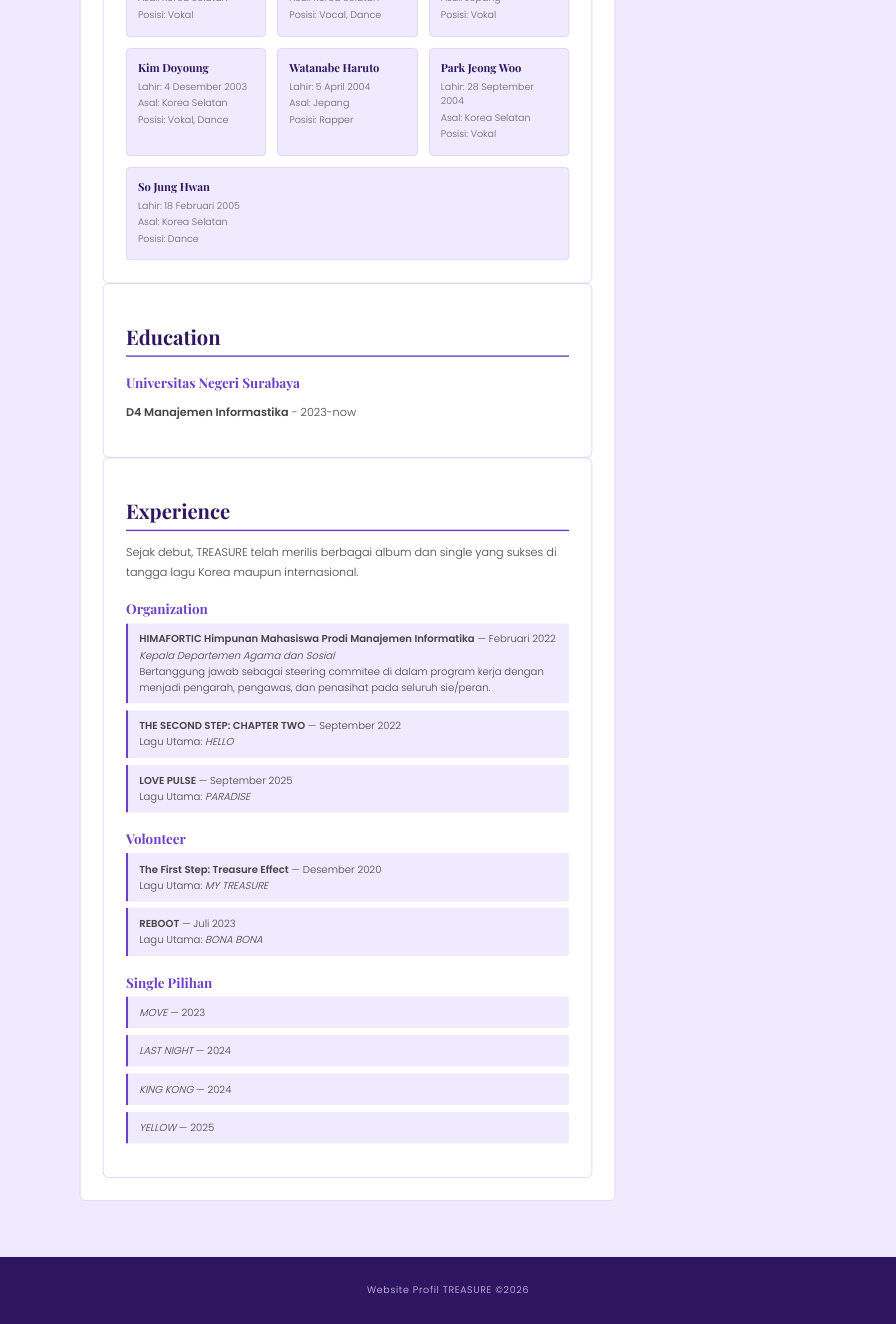
Repository: VergiMutiaRahmasyani/Website-Portofolio
Page: index.html
The author's editor kept a copy of each file at every save. The page is drawn from the files as they stood at one save, then again after the next save.
The browser window is 1280 px wide. The pictures show the part of the page from y = 1244 to 3164 px (the page is 3136 px tall before and 3164 px after), at 70% of full size.

Above is the page before, as saved 2026-03-07 11:51:44.

### index.html
<!DOCTYPE html>
<html>
    <head>
        <meta charset="utf-8" />
        <meta name="viewport" content="width=device-width, initial-scale=1.0" />
        <title>Portofolio Vergi</title>

        <!-- My Own CSS -->
        <link rel="stylesheet" href="css/style.css" />

        <!-- Google Fonts -->
        <link rel="preconnect" href="https://fonts.googleapis.com">
        <link rel="preconnect" href="https://fonts.gstatic.com" crossorigin>
        <link href="https://fonts.googleapis.com/css2?family=Playfair+Display:wght@400;700&family=Poppins:wght@300;400;600&display=swap" rel="stylesheet">
    </head>

    <body>

        <!-- HEADER -->
        <header class="site-header">

            <!-- NAVBAR -->
            <div class="navbar">
                <nav class="nav-list">
                    <ul>
                        <li><a href="#About">About Me</a></li>
                        <li><a href="#Work">Work</a></li>
                        <li><a href="Project">Project</a></li>
                        <li><a href="#Education">Education</a></li>
                        <li><a href="Organization">Organization</a></li>
                        <li><a href="https://drive.google.com/file/d/13-ep7ykiG-k7d2KfzBZSPx55XoqW1qHe/view?usp=sharing" target="_blank"> Resume</a></li>
                    </ul>
                </nav>
            </div>

            <div class="hero">
                <div class="hero-overlay">
                    <h1>Welcome, <br> To My Portofolio!</h1>
                </div>
            </div>

        </header>

        <!-- MAIN -->
        <main>
            <div class="content-wrapper">
                <div id="content">
                    <article id="About">
                        <h2>About Me</h2>
                        <p>
                            Saya seorang mahasiswa semester 6 Program Studi Manajemen Informatika di Universitas yang memiliki rasa
                            ingin tahu dan semangat yang besar. Dengan memiliki peminatan pada UI/UX Design dan Web Development,
                            saya telah berpengalaman dalam menciptakan solusi digital yang user-friendly dan berdampak. Melalui
                            kombinasi hard skills dan soft skills yang saya miliki, saya siap untuk beradaptasi dan memberikan kontribusi
                            nyata pada setiap proyek yang dijalankan.
                        </p>


                    <article id="Project">
                        <h2>Featured Project</h2>
                        <p>
                            TREASURE saat ini memiliki 10 anggota aktif. Berikut adalah profil singkat masing-masing member.
                        </p>

                        <div class="member-list">
                            <div class="member-card">
                                <h3>Choi Hyun Suk</h3>
                                <p>Lahir: 21 April 1999</p>
                                <p>Asal: Korea Selatan</p>
                                <p>Posisi: Rapper</p>
                            </div>
                            <div class="member-card">
                                <h3>Park Jihoon</h3>
                                <p>Lahir: 14 Maret 2000</p>
                                <p>Asal: Korea Selatan</p>
                                <p>Posisi: Vokal, Dance</p>
                            </div>
                            <div class="member-card">
                                <h3>Yoshinori</h3>
                                <p>Lahir: 15 Mei 2000</p>
                                <p>Asal: Jepang</p>
                                <p>Posisi: Rapper</p>
                            </div>
                            <div class="member-card">
                                <h3>Kim Junkyu</h3>
                                <p>Lahir: 9 September 2000</p>
                                <p>Asal: Korea Selatan</p>
                                <p>Posisi: Vokal</p>
                            </div>
                            <div class="member-card">
                                <h3>Yoon Jae Hyuk</h3>
                                <p>Lahir: 23 Juli 2001</p>
                                <p>Asal: Korea Selatan</p>
                                <p>Posisi: Vocal, Dance</p>
                            </div>
                            <div class="member-card">
                                <h3>Hamada Asahi</h3>
                                <p>Lahir: 20 Agustus 2001</p>
                                <p>Asal: Jepang</p>
                                <p>Posisi: Vokal</p>
                            </div>
                            <div class="member-card">
                                <h3>Kim Doyoung</h3>
                                <p>Lahir: 4 Desember 2003</p>
                                <p>Asal: Korea Selatan</p>
                                <p>Posisi: Vokal, Dance</p>
                            </div>
                            <div class="member-card">
                                <h3>Watanabe Haruto</h3>
                                <p>Lahir: 5 April 2004</p>
                                <p>Asal: Jepang</p>
                                <p>Posisi: Rapper</p>
                            </div>
                            <div class="member-card">
                                <h3>Park Jeong Woo</h3>
                                <p>Lahir: 28 September 2004</p>
                                <p>Asal: Korea Selatan</p>
                                <p>Posisi: Vokal</p>
                            </div>
                            <div class="member-card">
                                <h3>So Jung Hwan</h3>
                                <p>Lahir: 18 Februari 2005</p>
                                <p>Asal: Korea Selatan</p>
                                <p>Posisi: Dance</p>
                            </div>
                        </div>
                    </article>

                    <article >
                        <h2>Education</h2>
                        <h3>Universitas Negeri Surabaya</h3>
                        <p>
                            <strong>D4 Manajemen Informastika</strong> - 2023-now
                            <br><em></em>
                        </p>
                    </article>

                    <article id="pengalaman">
                        <h2>Experience</h2>
                        <p>
                            Sejak debut, TREASURE telah merilis berbagai album dan single yang sukses di tangga lagu Korea maupun internasional.
                        </p>

                        <h3> Organization </h3>
                        <ul class="pengalaman-list">
                            <li>
                                <strong>HIMAFORTIC Himpunan Mahasiswa Prodi Manajemen Informatika</strong> — Februari 2022
                                <br><em>Kepala Departemen Agama dan Sosial</em>
                                <br>Bertanggung jawab sebagai steering commitee di dalam program kerja dengan menjadi pengarah,
                                pengawas, dan penasihat  pada seluruh sie/peran.
                            </li>
                            <li>
                                <strong>THE SECOND STEP: CHAPTER TWO</strong> — September 2022
                                <br>Lagu Utama: <em>HELLO</em>
                            </li>
                            <li>
                                <strong>LOVE PULSE</strong> — September 2025
                                <br>Lagu Utama: <em>PARADISE</em>
                            </li>
                        </ul>

                        <h3>Volonteer</h3>
                        <ul class="pengalaman-list">
                            <li>
                                <strong>The First Step: Treasure Effect</strong> — Desember 2020
                                <br>Lagu Utama: <em>MY TREASURE</em>
                            </li>
                            <li>
                                <strong>REBOOT</strong> — Juli 2023
                                <br>Lagu Utama: <em>BONA BONA</em>
                            </li>
                        </ul>

                        <h3>Single Pilihan</h3>
                        <ul class="pengalaman-list">
                            <li><em>MOVE</em> — 2023</li>
                            <li><em>LAST NIGHT</em> — 2024</li>
                            <li><em>KING KONG</em> — 2024</li>
                            <li><em>YELLOW</em> — 2025</li>
                        </ul>
                    </article>

                </div>

                <!-- ASIDE -->
                <aside>
                    <div class="aside-inner">
                        <h3>Info Singkat</h3>
                        <img src="https://assets.promediateknologi.id/crop/102x655:921x1098/750x0/webp/photo/2023/07/03/F0HwG4daEAE8TSh-2407782942.jpg" alt="Logo TREASURE" class="aside-img" />
                        <ul class="aside-info">
                            <li><strong>Debut:</strong> 7 Agustus 2020</li>
                            <li><strong>Agensi:</strong> YG Entertainment</li>
                            <li><strong>Member:</strong> 10 orang</li>
                            <li><strong>Fandom:</strong> TREASURE MAKER</li>
                            <li><strong>Genre:</strong> K-Pop, Hip-Hop, R&B</li>
                        </ul>

                        <h3>Media Sosial</h3>
                        <ul class="aside-social">
                            <li><a href="https://www.instagram.com/yg_treasure_official/" target="_blank">Instagram</a></li>
                            <li><a href="https://www.youtube.com/@TREASURE" target="_blank">Youtube</a></li>
                            <li><a href="https://tiktok.com/@yg_treasure_tiktok" target="_blank">Tiktok</a></li>
                        </ul>
                    </div>
                </aside>
            </div>

        </main>

        <!-- FOOTER -->
        <footer>
            <p>Website Profil TREASURE &copy;2026 </p>
        </footer>

    </body>
</html>

### css/style.css
*,
*::before,
*::after {
    box-sizing: border-box;
}

/* =====================
   PALET WARNA UNGU
   --ungu-gelap   : #2e1760  (navbar, footer)
   --ungu-utama   : #6c3fc5  (aksen utama)
   --ungu-sedang  : #9b6ee0  (hover, border)
   --ungu-muda    : #d8c8f5  (border ringan)
   --ungu-pucat   : #f0eaff  (background halaman)
   ===================== */

body {
    font-family: 'Poppins', sans-serif;
    font-weight: 300;
    background-color: #f0eaff;
    color: #1a1a1a;
    margin: 0;
}


/* =====================
   HEADER
   ===================== */

header.site-header {
    background-color: #2e1760;
    color: white;
}

/* NAVBAR */
header.site-header .navbar {
    padding: 1rem 2rem;
    position: fixed;
    top: 0;
    left: 0;
    right: 0;
    width: 100%;
    z-index: 999;
    background-color: #2e1760;
}

header.site-header .nav-list ul {
    list-style: none;
    padding: 0;
    margin: 0;

    display: flex;
    justify-content: center;
    gap: 2rem;
}

header.site-header .nav-list li a {
    text-decoration: none;
    color: #d8c8f5;
    font-size: 0.9rem;
    font-weight: 400;
    letter-spacing: 1px;
    transition: color 0.2s ease;
}

header.site-header .nav-list li a:hover {
    color: white;
}

/* HERO */
header.site-header .hero {
    position: relative;
    width: 100%;
    height: 420px;
    overflow: hidden;
    margin-top: 57px;
}

header.site-header .hero .hero-img {
    width: 100%;
    height: 100%;
    object-fit: cover;
    object-position: top;
    opacity: 0.4;
    display: block;
}

header.site-header .hero .hero-overlay {
    position: absolute;
    inset: 0;

    display: flex;
    align-items: center;
    justify-content: center;
}

header.site-header .hero .hero-overlay h1 {
    font-family: 'Playfair Display', serif;
    font-size: 5rem;
    letter-spacing: 10px;
    color: white;
    margin: 0;
    text-align: center;
}


/* =====================
   MAIN & LAYOUT
   ===================== */

main {
    max-width: 1100px;
    margin-inline: auto;
    padding: 2rem 1.5rem;
}

.content-wrapper {
    display: flex;
    gap: 2rem;
    align-items: flex-start;
}

#content {
    flex: 3;

    display: flex;
    flex-direction: column;
    gap: 2rem;
}


/* =====================
   ARTICLE
   ===================== */

article {
    background-color: white;
    border: 1px solid #d8c8f5;
    border-radius: 8px;
    padding: 2rem;
}

article h2 {
    font-family: 'Playfair Display', serif;
    font-size: 1.8rem;
    margin-bottom: 1rem;
    padding-bottom: 0.5rem;
    border-bottom: 2px solid #6c3fc5;
    color: #2e1760;
}

article h3 {
    font-family: 'Playfair Display', serif;
    font-size: 1.2rem;
    margin-top: 1.5rem;
    margin-bottom: 0.5rem;
    color: #6c3fc5;
}

article p {
    line-height: 1.8;
    margin-bottom: 1rem;
    color: #444;
}


/* =====================
   TABEL INFO
   ===================== */

.info-table {
    width: 100%;
    border-collapse: collapse;
    margin-top: 1.5rem;
}

.info-table th,
.info-table td {
    padding: 0.6rem 1rem;
    text-align: left;
    border-bottom: 1px solid #d8c8f5;
    font-size: 0.95rem;
}

.info-table th {
    width: 35%;
    font-weight: 600;
    color: #2e1760;
    background-color: #f0eaff;
}

.info-table td {
    color: #444;
}


/* =====================
   MEMBER CARDS
   ===================== */

.member-list {
    display: flex;
    flex-wrap: wrap;
    gap: 1rem;
    margin-top: 1rem;
}

.member-card {
    flex: 1 1 160px;
    background-color: #f0eaff;
    border: 1px solid #d8c8f5;
    border-radius: 6px;
    padding: 1rem;
}

.member-card h3 {
    font-size: 1rem;
    margin-top: 0;
    margin-bottom: 0.5rem;
    color: #2e1760;
}

.member-card p {
    font-size: 0.85rem;
    color: #666;
    margin: 0.2rem 0;
    line-height: 1.5;
}


/* =====================
   ALBUM LIST
   ===================== */

.pengalaman-list {
    list-style: none;
    padding: 0;
    margin: 0.5rem 0 1rem 0;

    display: flex;
    flex-direction: column;
    gap: 0.6rem;
}

.pengalaman-list li {
    padding: 0.7rem 1rem;
    background-color: #f0eaff;
    border-left: 3px solid #6c3fc5;
    border-radius: 0 4px 4px 0;
    font-size: 0.9rem;
    color: #444;
    line-height: 1.6;
}


/* =====================
   ASIDE
   ===================== */

aside {
    flex: 1;
    position: sticky;
    top: 80px;
}

aside .aside-inner {
    background-color: white;
    border: 1px solid #d8c8f5;
    border-radius: 8px;
    padding: 1.5rem;
}

aside h3 {
    font-family: 'Playfair Display', serif;
    font-size: 1.1rem;
    margin-top: 1.2rem;
    margin-bottom: 0.8rem;
    padding-bottom: 0.4rem;
    border-bottom: 1px solid #d8c8f5;
    color: #2e1760;
}

aside h3:first-child {
    margin-top: 0;
}

.aside-img {
    width: 100%;
    max-width: 250px;
    height: 200px;
    object-fit: cover;
    object-position: top;
    display: block;
    margin: 0.5rem auto 1rem auto;
    border-radius: 6px;
}

.aside-info {
    list-style: none;
    padding: 0;
    margin: 0;

    display: flex;
    flex-direction: column;
    gap: 0.4rem;
}

.aside-info li {
    font-size: 0.85rem;
    color: #444;
    line-height: 1.6;
}

.aside-social {
    list-style: none;
    padding: 0;
    margin: 0;

    display: flex;
    flex-direction: column;
    gap: 0.5rem;
}

.aside-social li a {
    display: block;
    text-align: center;
    padding: 0.5rem;
    background-color: #6c3fc5;
    color: white;
    text-decoration: none;
    border-radius: 4px;
    font-size: 0.85rem;
    letter-spacing: 1px;
    transition: background-color 0.2s ease;
}

.aside-social li a:hover {
    background-color: #9b6ee0;
}


/* =====================
   FOOTER
   ===================== */

footer {
    background-color: #2e1760;
    color: #d8c8f5;
    text-align: center;
    padding: 1.5rem;
    margin-top: 3rem;
    font-size: 0.85rem;
    letter-spacing: 1px;
}


/* =====================
   RESPONSIVE
   ===================== */

@media screen and (max-width: 768px) {
    header.site-header .nav-list ul {
        flex-wrap: wrap;
        justify-content: center;
        gap: 0.8rem;
    }

    .content-wrapper {
        flex-direction: column;
    }

    aside {
        position: static;
        width: 100%;
    }

    .member-card {
        flex: 1 1 130px;
    }
}

After the next save:
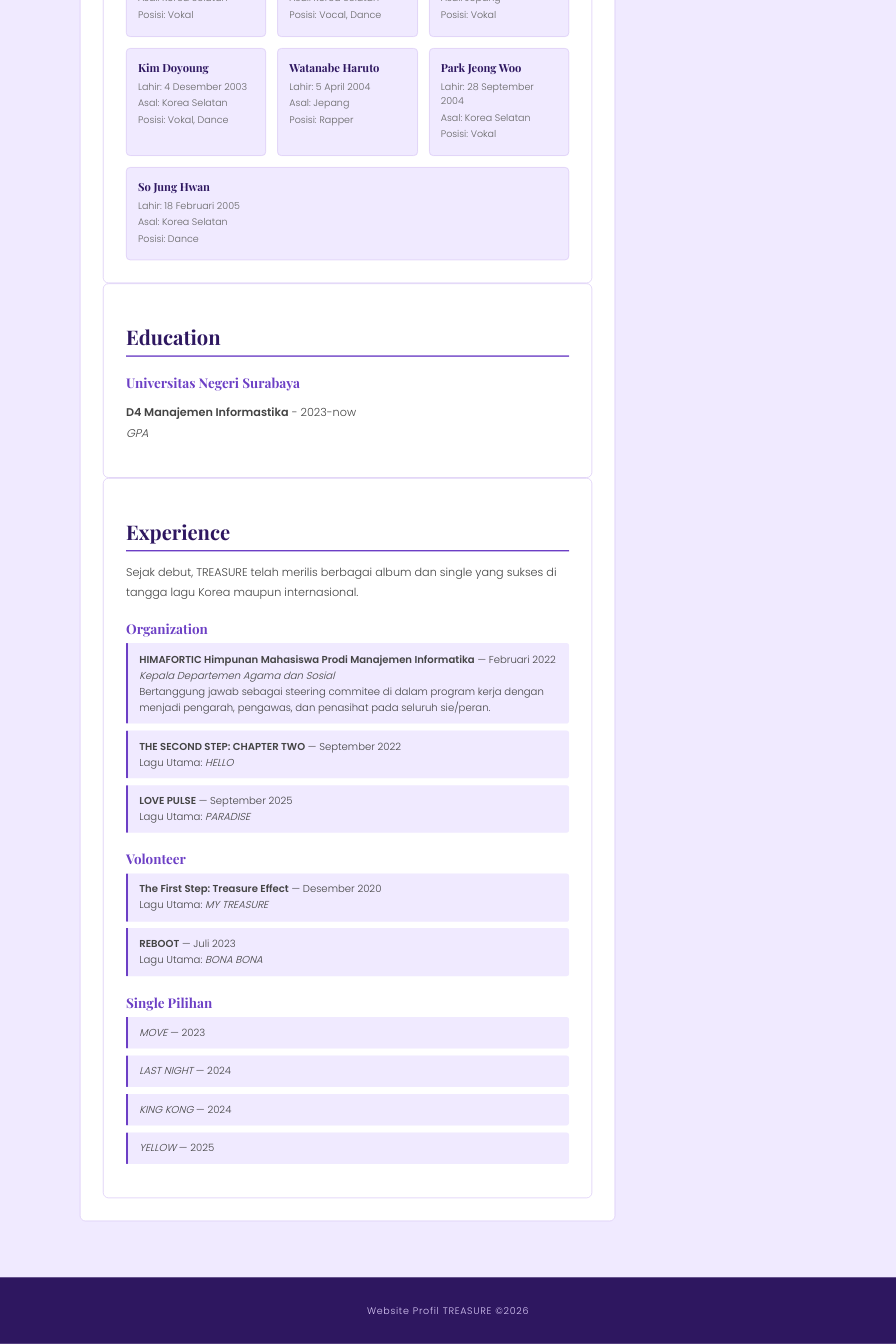
Saved 4 s later.
--- a/index.html
+++ b/index.html
@@ -131,7 +131,7 @@
                         <h3>Universitas Negeri Surabaya</h3>
                         <p>
                             <strong>D4 Manajemen Informastika</strong> - 2023-now
-                            <br><em></em>
+                            <br><em>GPA</em>
                         </p>
                     </article>
 
